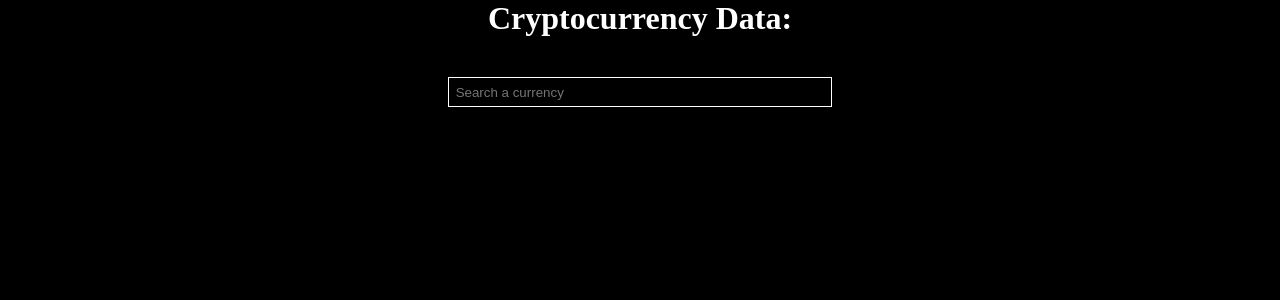
Repository: alejandroacd/cryptocurrency-market
Page: /
The author's editor kept a copy of each file at every save. The page is drawn from the files as they stood at one save, then again after the next save.
The browser window is 1280 px wide. The pictures show the whole page.
The page's requests for data from a server got no answer. The project was rebuilt for these pictures with package versions that can differ from the ones it lists, and the page was loaded fresh each time. No one was signed in, and anything a server would have sent is missing. Also part of the build but not shown: src/Currency.js.

Above is the page before, as saved 2021-07-17 14:24:14.

### src/App.js
import Axios from 'axios';
import React, {useEffect, useState}  from 'react'
import './App.css';
import Currency from './Currency';


function App() {
  const [values,setValue] = useState([]);
  const [search,setSearch] = useState('')


  useEffect(() => {
    Axios.get('https://api.coingecko.com/api/v3/coins/markets?vs_currency=usd&order=market_cap_desc&per_page=100&page=1&sparkline=false')
    .then(resp => {
      setValue(resp.data)
    })
    .catch(err => {
      console.log(err)
    })
  }, [])

  const handleChange = (e) => {
    setSearch(e.target.value)
  }

  const finalValues = values.filter(value => value.name.toLowerCase().includes(search.toLowerCase()))


  return (
    <div className="App">
      <h1 className="title_page">Cryptocurrency Data:</h1>
      <div className='input-container'>
        <form>
          <input className='crypto_name' placeholder="Search a currency" type="text" onChange={handleChange}></input>
        </form>
      </div>
      {finalValues.map(value => {
        return (
          <Currency
          key={value.id}
          cryptoName={value.name}
          image={value.image}
          price={value.current_price}
          symbol={value.symbol}
          volume={value.market_cap}
          priceChange={value.price_change_percentage_24h}
          marketcap={value.total_volume}
           />
        )
      })}

    </div>
  );
}

export default App;

### src/App.css
* {
  box-sizing: border-box;
  margin: 0;
  padding: 0;
  background-color: black;
  color:white;
}

.title_page {

}
.App {
  text-align: center;
}

.input-container form input {
  margin:3em;
  border: 1px solid white;
}

### src/Currency.css
.currency_container {
    display:flex;
    justify-content: space-between;
    flex-direction: row;
    justify-items: start;
    height: 80px;
    align-items: center;
    border-bottom: 1px solid black;
    width: 85%;
    margin: 0 auto;
}

.currency {
    display:flex;
    align-items: center;
    justify-content: space-between;
    width: 25%;

}

.currency img {
    height: 30px;
    width: 30px;
}

.currency_data {
    display:flex;
    flex-direction: row;
    width: 75%;
    justify-content: space-around;
    align-items: center;
}

.currency h1 {
    font-size:1em;
}

.currency_price {
    width: 110px;
}

.currency_volume {
    width: 155px;
}

.currency_marketcap {
    display:flex;
    width: 230px;
    font-weight: bold;
}

.currency_symbol {
    width: 50px;
}
.crypto_name {
    padding: 0.5em;
    margin: 0 auto;
    width: 30%;
}
.red {
    color:#CD113B;
}

.green {
    color:#66DE93;
}

@media only screen and (max-width: 600px) {
    .currency_container {
        width: 90%;
    }

    .currency_container .currency {
        width: 50%;
    }
    .currency_data {
        width: 50%;
    }
    .currency_data .currency_price  .currency_percent {
        font-size: 0.7rem;

    }
    .currency_data .currency_volume {
        display: none;
    }

    .currency_marketcap {
        display:none;
    }

}

Loaded but not shown: public/index.html (common file); src/index.js (common file)

After the next save:
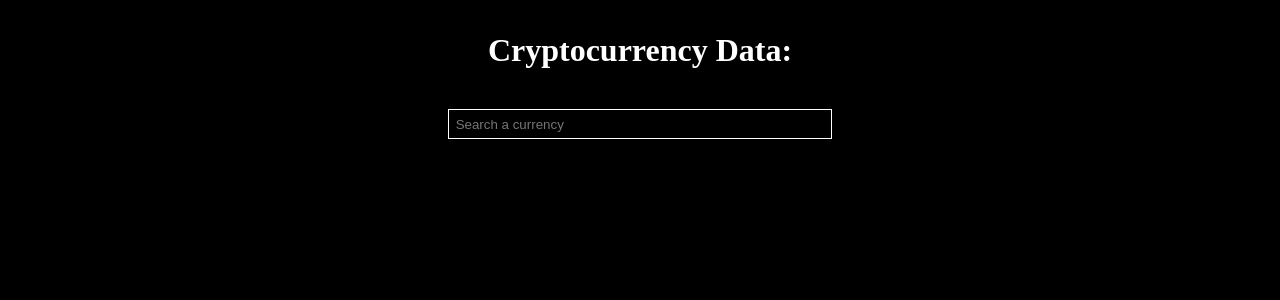
Saved 6 s later.
--- a/src/App.css
+++ b/src/App.css
@@ -7,7 +7,7 @@
 }
 
 .title_page {
-
+  margin-top:1em;
 }
 .App {
   text-align: center;
